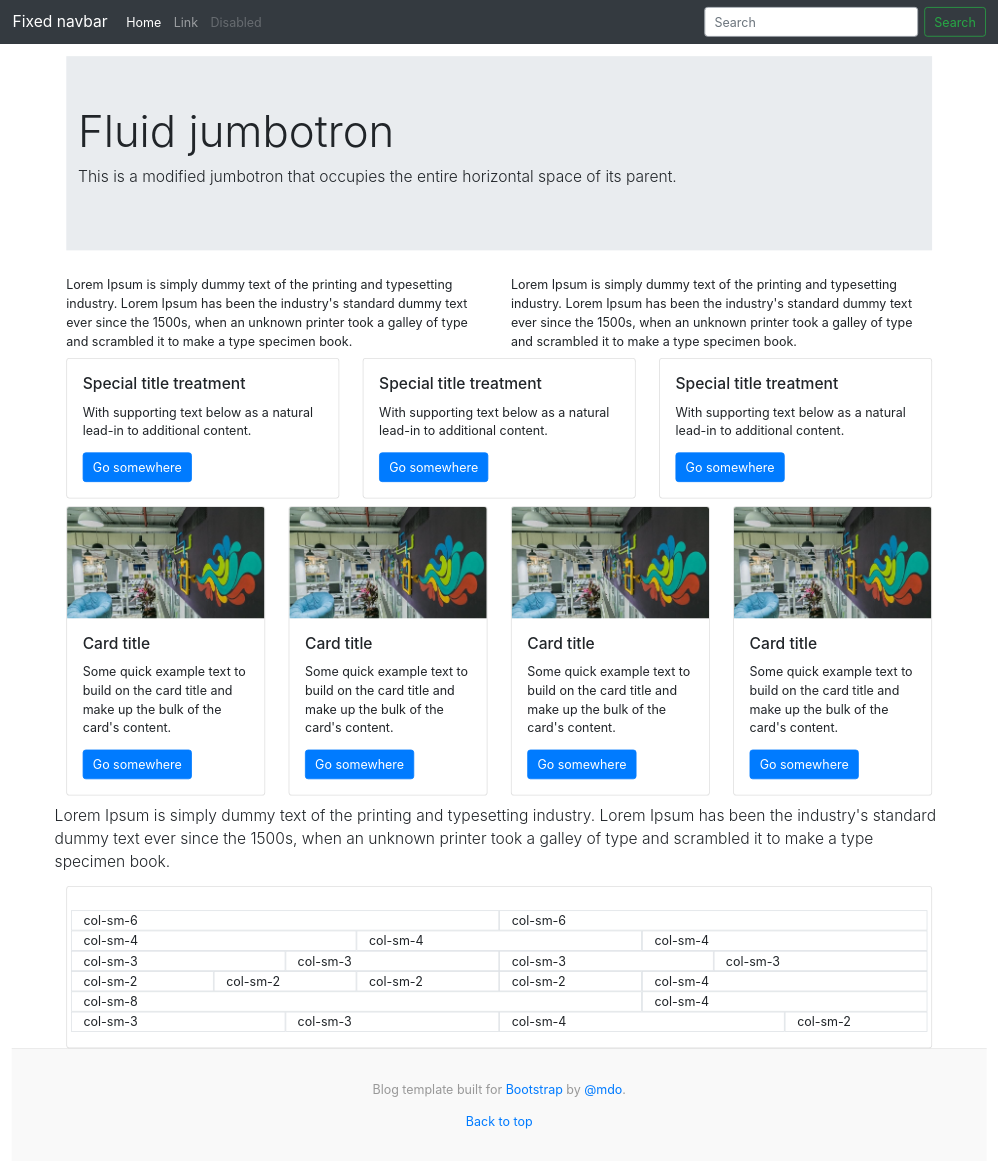
Repository: Green-Technologies-Angular/HTML
Page: index.html
An editor plug-in stored every save of this project. The page is shown before and after the next save, followed by the edit.
The browser window is 1280 px wide. The pictures show the whole page, at 78% of full size.

Above is the page before, as saved 2019-02-09 12:20:31.

### index.html
<!DOCTYPE html>
<html>

<head>
    <title>Title of the document</title>
    <link rel="stylesheet" href="css/bootstrap.css">
    <link rel="stylesheet" href="css/index.css">
    <style>
        body {
            min-height: 75rem;
            padding-top: 4.5rem;
        }
        .border {
            border: 1px solid #ccc;
        }

        .bg-nav {
            background: green;
        }
    </style>
    <script>
        localStorage.setItem("name", "tamilsdfsdfsdfsdfmani");
        console.log(localStorage.getItem('name'));
    </script>
</head>

<body>
    <div class="container-fluid">
        <nav class="navbar navbar-expand-md navbar-dark fixed-top bg-dark">
            <a class="navbar-brand" href="#">Fixed navbar</a>
            <button class="navbar-toggler" type="button" data-toggle="collapse" data-target="#navbarCollapse"
                aria-controls="navbarCollapse" aria-expanded="false" aria-label="Toggle navigation">
                <span class="navbar-toggler-icon"></span>
            </button>
            <div class="collapse navbar-collapse" id="navbarCollapse">
                <ul class="navbar-nav mr-auto">
                    <li class="nav-item active">
                        <a class="nav-link" href="#">Home <span class="sr-only">(current)</span></a>
                    </li>
                    <li class="nav-item">
                        <a class="nav-link" href="#">Link</a>
                    </li>
                    <li class="nav-item">
                        <a class="nav-link disabled" href="#">Disabled</a>
                    </li>
                </ul>
                <form class="form-inline mt-2 mt-md-0">
                    <input class="form-control mr-sm-2" type="text" placeholder="Search" aria-label="Search">
                    <button class="btn btn-outline-success my-2 my-sm-0" type="submit">Search</button>
                </form>
            </div>
        </nav>
        <main class="container">
            <div class="jumbotron jumbotron-fluid">
                <div class="container">
                    <h1 class="display-4">Fluid jumbotron</h1>
                    <p class="lead">This is a modified jumbotron that occupies the entire horizontal space of its
                        parent.</p>
                </div>
            </div>
            <div class="row">
                <div class="col-xl-6 col-lg-6 col-md-6 col-sm-6">
                    Lorem Ipsum is simply dummy text of the printing and typesetting industry. Lorem Ipsum has been the
                    industry's standard dummy text ever since the 1500s, when an unknown printer took a galley of type
                    and
                    scrambled it to make a type specimen book.
                </div>
                <div class="col-xl-6 col-lg-6 col-md-6 col-sm-6">
                    Lorem Ipsum is simply dummy text of the printing and typesetting industry. Lorem Ipsum has been the
                    industry's standard dummy text ever since the 1500s, when an unknown printer took a galley of type
                    and
                    scrambled it to make a type specimen book.
                </div>
            </div>
            <div class="row" style="padding-top:10px;">
                <div class="col-sm-4">
                    <div class="card">
                        <div class="card-body">
                            <h5 class="card-title">Special title treatment</h5>
                            <p class="card-text">With supporting text below as a natural lead-in to additional content.</p>
                            <a href="#" class="btn btn-primary">Go somewhere</a>
                        </div>
                    </div>
                </div>
                <div class="col-sm-4">
                    <div class="card">
                        <div class="card-body">
                            <h5 class="card-title">Special title treatment</h5>
                            <p class="card-text">With supporting text below as a natural lead-in to additional content.</p>
                            <a href="#" class="btn btn-primary">Go somewhere</a>
                        </div>
                    </div>
                </div>
                <div class="col-sm-4">
                    <div class="card">
                        <div class="card-body">
                            <h5 class="card-title">Special title treatment</h5>
                            <p class="card-text">With supporting text below as a natural lead-in to additional content.</p>
                            <a href="#" class="btn btn-primary">Go somewhere</a>
                        </div>
                    </div>
                </div>
            </div>
            <div class="row" style="padding-top:10px;">
                <div class="col-sm-3">
                    <div class="card">
                        <div class="card-body p-0">
                            <img src="images/Download.jpg" class="card-img-top" alt="...">
                            <div class="card-body">
                                <h5 class="card-title">Card title</h5>
                                <p class="card-text">Some quick example text to build on the card title and make up the
                                    bulk of
                                    the
                                    card's content.</p>
                                <a href="#" class="btn btn-primary">Go somewhere</a>
                            </div>
                        </div>
                    </div>
                </div>
                <div class="col-sm-3">
                    <div class="card">
                        <div class="card-body p-0">
                            <img src="images/Download.jpg" class="card-img-top" alt="...">
                            <div class="card-body">
                                <h5 class="card-title">Card title</h5>
                                <p class="card-text">Some quick example text to build on the card title and make up the
                                    bulk of
                                    the
                                    card's content.</p>
                                <a href="#" class="btn btn-primary">Go somewhere</a>
                            </div>
                        </div>
                    </div>
                </div>
                <div class="col-sm-3">
                    <div class="card">
                        <div class="card-body p-0">
                            <img src="images/Download.jpg" class="card-img-top" alt="...">
                            <div class="card-body">
                                <h5 class="card-title">Card title</h5>
                                <p class="card-text">Some quick example text to build on the card title and make up the
                                    bulk of
                                    the
                                    card's content.</p>
                                <a href="#" class="btn btn-primary">Go somewhere</a>
                            </div>
                        </div>
                    </div>
                </div>
                <div class="col-sm-3">
                    <div class="card">
                        <div class="card-body p-0">
                            <img src="images/Download.jpg" class="card-img-top" alt="...">
                            <div class="card-body">
                                <h5 class="card-title">Card title</h5>
                                <p class="card-text">Some quick example text to build on the card title and make up the
                                    bulk of
                                    the
                                    card's content.</p>
                                <a href="#" class="btn btn-primary">Go somewhere</a>
                            </div>
                        </div>
                    </div>
                </div>
            </div>

            <div class="row" style="padding-top: 10px;">
                <p class="lead">
                    Lorem Ipsum is simply dummy text of the printing and typesetting industry. Lorem Ipsum has been the
                    industry's standard dummy text ever since the 1500s, when an unknown printer took a galley of type
                    and scrambled it to make a type specimen book.
                </p>
            </div>

            <div class="card" style="padding-top:10px;">
                <div class="card-body">
                    <div class="row">
                        <div class="col-sm-6 border">col-sm-6</div>
                        <div class="col-sm-6 border">col-sm-6</div>
                    </div>
                    <div class="row">
                        <div class="col-sm-4 border">col-sm-4</div>
                        <div class="col-sm-4 border">col-sm-4</div>
                        <div class="col-sm-4 border">col-sm-4</div>
                    </div>
                    <div class="row">
                        <div class="col-sm-3 border">col-sm-3</div>
                        <div class="col-sm-3 border">col-sm-3</div>
                        <div class="col-sm-3 border">col-sm-3</div>
                        <div class="col-sm-3 border">col-sm-3</div>
                    </div>
                    <div class="row">
                        <div class="col-sm-2 border">col-sm-2</div>
                        <div class="col-sm-2 border">col-sm-2</div>
                        <div class="col-sm-2 border">col-sm-2</div>
                        <div class="col-sm-2 border">col-sm-2</div>
                        <div class="col-sm-4 border">col-sm-4</div>
                    </div>
                    <div class="row">
                        <div class="col-sm-8 border">col-sm-8</div>
                        <div class="col-sm-4 border">col-sm-4</div>
                    </div>
                    <div class="row">
                        <div class="col-sm-3 border">col-sm-3</div>
                        <div class="col-sm-3 border">col-sm-3</div>
                        <div class="col-sm-4 border">col-sm-4</div>
                        <div class="col-sm-2 border">col-sm-2</div>
                    </div>
                </div>
            </div>
        </main>
        <footer class="blog-footer">
            <p>Blog template built for <a href="https://getbootstrap.com/">Bootstrap</a> by <a href="https://twitter.com/mdo">@mdo</a>.</p>
            <p>
                <a href="#">Back to top</a>
            </p>
        </footer>
    </div>
    <script src="script/jquery.js"></script>
    <script src="script/popper.js"></script>
    <script src="script/bootstrap.js"></script>
</body>

</html>

### css/index.css
.bg-nav{
    background: red;
}
/*
 * Footer
 */
 .blog-footer {
    padding: 2.5rem 0;
    color: #999;
    text-align: center;
    background-color: #f9f9f9;
    border-top: .05rem solid #e5e5e5;
  }
  .blog-footer p:last-child {
    margin-bottom: 0;
  }
@media (min-width: 1200px) {
    .bg-nav{
        background: red;
        margin-top:100px;
    }
 }

Loaded but not shown: css/bootstrap.css (library); script/jquery.js (library); script/popper.js (library); script/bootstrap.js (library)

After the next save:
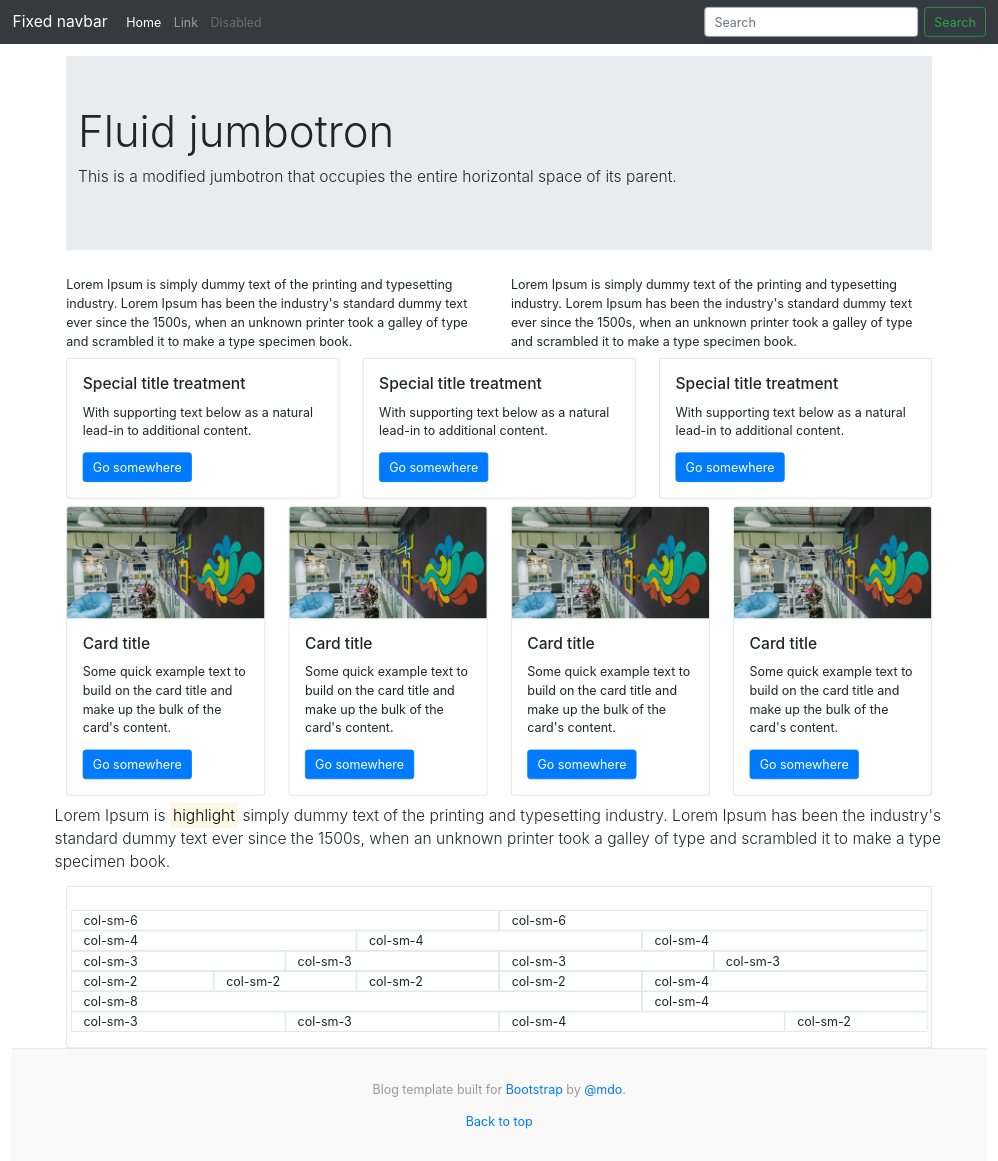
Saved 29 s later.
--- a/index.html
+++ b/index.html
@@ -166,7 +166,7 @@
 
             <div class="row" style="padding-top: 10px;">
                 <p class="lead">
-                    Lorem Ipsum is simply dummy text of the printing and typesetting industry. Lorem Ipsum has been the
+                    Lorem Ipsum is <mark>highlight</mark> simply dummy text of the printing and typesetting industry. Lorem Ipsum has been the
                     industry's standard dummy text ever since the 1500s, when an unknown printer took a galley of type
                     and scrambled it to make a type specimen book.
                 </p>
